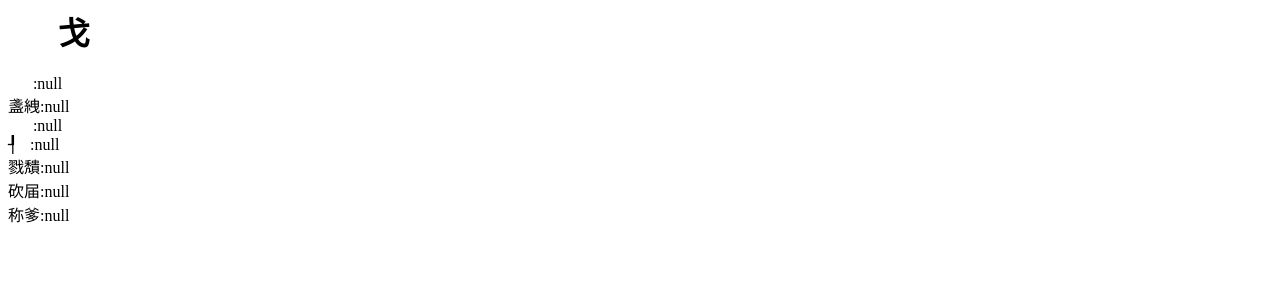
Repository: jtlai0921/javaweb1108
Page: http://localhost/javawebex/ex3
The author's editor kept a copy of each file at every save. The page is drawn from the files as they stood at one save, then again after the next save.
The browser window is 1280 px wide. The pictures show the whole page.
The page is served by Tomcat 9. Other server files are loaded and not shown.

Above is the page before, as saved 2020-11-15 08:00:27.

### javawebex/src/day2/ex3.java
package day2;

import java.io.IOException;
import java.io.PrintWriter;

import javax.servlet.ServletException;
import javax.servlet.annotation.WebServlet;
import javax.servlet.http.HttpServlet;
import javax.servlet.http.HttpServletRequest;
import javax.servlet.http.HttpServletResponse;


@WebServlet("/ex3")
public class ex3 extends HttpServlet {
	private static final long serialVersionUID = 1L;


    public ex3() {
        super();

    }


	protected void service(HttpServletRequest request, HttpServletResponse response) throws ServletException, IOException {
		System.out.println("password="+request.getParameter("password"));
		response.setContentType("text/html");
		response.setCharacterEncoding("utf-8");
		PrintWriter out=response.getWriter();
		request.setCharacterEncoding("utf-8");

		String Name=request.getParameter("name");
		String Password=request.getParameter("password");
		String Add=request.getParameter("add");
		String Sex=request.getParameter("sex");
		String Carrer=request.getParameter("carrer");//null
		String[] Interest=request.getParameterValues("interest");
		String Memery=request.getParameter("memery");

		out.println("<h1>戈</h1>"+
		"﹎:"+Name+
		"<br>盞絏:"+Password+
		"<br>:"+Add+
		"<br>┦:"+Sex+
		"<br>戮穨:"+Carrer+
		"<br>砍届:"+Interest+
		"<br>称爹:"+Memery);


		/*out.println("<h1>戈</h1>");
		out.println("﹎="+Name+"<br>");
		out.println("盞絏="+Password);*/
	}



}

After the next save:
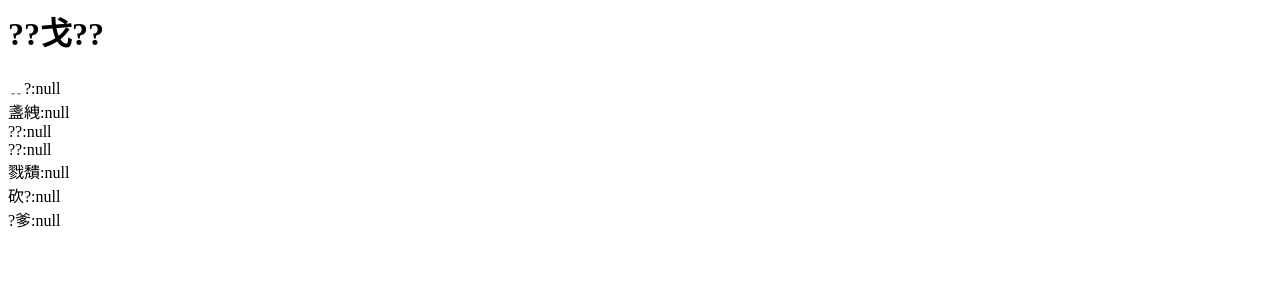
Saved 4 min 35 s later.
--- a/javawebex/src/day2/ex3.java
+++ b/javawebex/src/day2/ex3.java
@@ -24,9 +24,9 @@ public class ex3 extends HttpServlet {
 	protected void service(HttpServletRequest request, HttpServletResponse response) throws ServletException, IOException {
 		System.out.println("password="+request.getParameter("password"));
 		response.setContentType("text/html");
-		response.setCharacterEncoding("utf-8");
+		response.setCharacterEncoding("Big5");
 		PrintWriter out=response.getWriter();
-		request.setCharacterEncoding("utf-8");
+		request.setCharacterEncoding("Big5");
 
 		String Name=request.getParameter("name");
 		String Password=request.getParameter("password");
